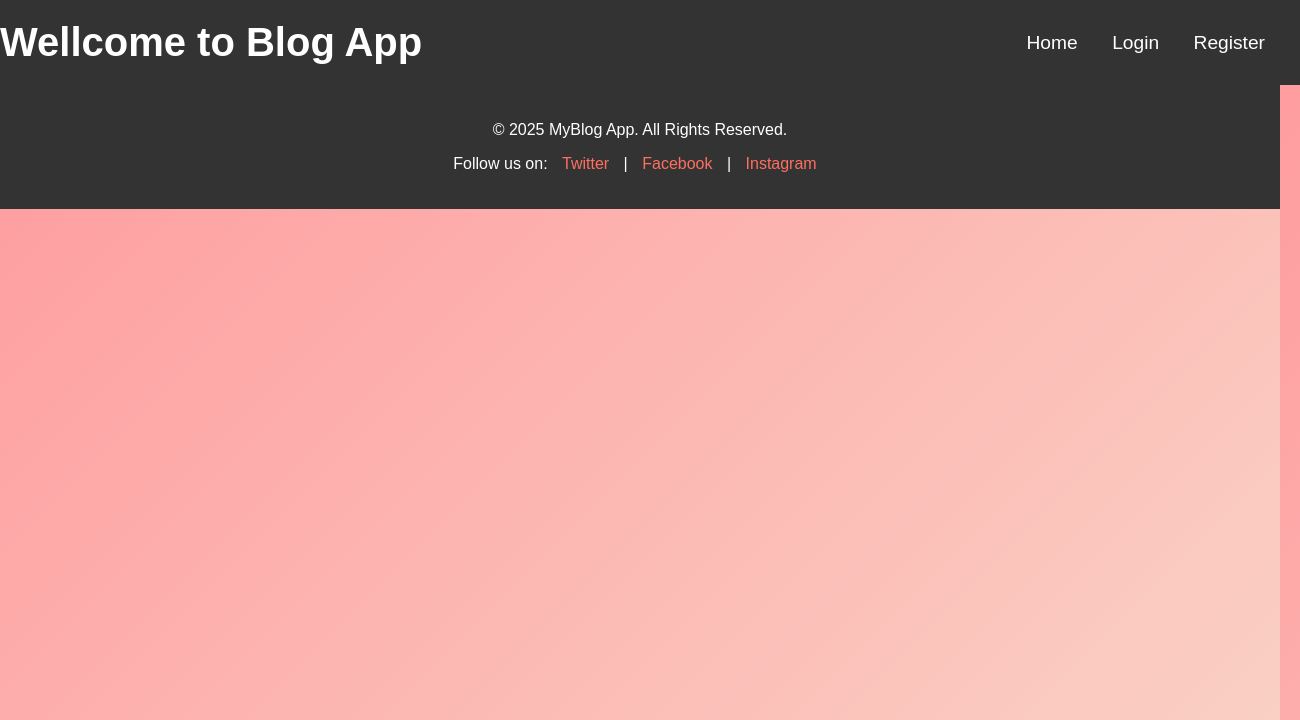
Repository: kapucuonur/blog_App
Page: posts/templates/posts/base.html
The author's editor kept a copy of each file at every save. The page is drawn from the files as they stood at one save, then again after the next save.
The browser window is 1280 px wide. The page is 1300 px wide, so the pictures cover 1300 px, including what lies to the right of the window. The pictures show the whole page.
The template is drawn by Django 4.2. The application's start-up code is not run. Other server files are loaded and not shown. The template is opened directly, without the code that normally fills it, so the values that code supplies are empty.

Above is the page before, as saved 2025-01-28 13:32:07.

### posts/templates/posts/base.html
{% load static %}
<!DOCTYPE html>
<html lang="en">
<head>
    <meta charset="UTF-8">
    <meta name="viewport" content="width=device-width, initial-scale=1.0">
    <title>Blog App</title>
    <link rel="stylesheet" href="{% static 'css/styles.css' %}">
</head>
<body>
    <header>
        <h1> Wellcome to Blog App</h1>
        <nav>
            <a href="{% url 'index' %}">Home</a>
            {% if user.is_authenticated %}
                <a href="{% url 'logout' %}">Logout</a>
            {% else %}
                <a href="{% url 'login' %}">Login</a>
                <a href="{% url 'register' %}">Register</a>
            {% endif %}
        </nav>
    </header>


    <main>
        {% block content %}
        {% endblock %}
    </main>
</body>
<footer>
    <p>&copy; 2025 MyBlog App. All Rights Reserved.</p>
    <p>Follow us on:
        <a href="https://twitter.com" target="_blank">Twitter</a> |
        <a href="https://facebook.com" target="_blank">Facebook</a> |
        <a href="https://instagram.com" target="_blank">Instagram</a>
    </p>
</footer>
</html>

### static/css/styles.css
/* General styling */
body {
    font-family: Arial, sans-serif;
    margin: 0;
    padding: 0;
    display: flex;
    flex-direction: column;
    align-items: center;
    justify-content: flex-start;
    height: 100vh;
    background: linear-gradient(135deg, #ff9a9e, #fad0c4);
    animation: backgroundMove 5s infinite alternate;
    box-sizing: border-box;
}

@keyframes backgroundMove {
    from {
        background-position: 0% 50%;
    }
    to {
        background-position: 100% 50%;
    }
}

/* Header and Navigation */
header {
    width: 100%;
    background-color: #333;
    color: white;
    padding: 20px;
    display: flex;
    justify-content: space-between;
    align-items: center;
}

header h1 {
    margin: 0;
    font-size: 2.5rem;
}

nav a {
    color: white;
    margin: 0 15px;
    text-decoration: none;
    font-size: 1.2rem;
    transition: color 0.3s ease;
}

nav a:hover {
    color: #ff6f61;
}

/* Welcome message styling */
.welcome-message {
    text-align: center;
    margin-top: 30px;
    color: #444;
}

.welcome-message h2 {
    font-size: 2rem;
    color: #333;
}

.welcome-message p {
    font-size: 1.2rem;
    color: #555;
}

/* Posts container */
.posts-container {
    display: flex;
    justify-content: center;
    margin-top: 30px;
}

.posts {
    width: 70%;
    max-width: 800px;
}

.post {
    background-color: #fff;
    padding: 20px;
    margin-bottom: 20px;
    border-radius: 10px;
    box-shadow: 0 4px 15px rgba(0, 0, 0, 0.1);
}

.post h4 {
    margin: 0;
    font-size: 1.5rem;
    color: #333;
}

.post p {
    font-size: 1.2rem;
    color: #555;
}

.author {
    font-size: 1rem;
    color: #777;
    margin-top: 10px;
    font-style: italic;
}

/* Form styling */
form {
    background: #fff;
    padding: 30px;
    border-radius: 10px;
    box-shadow: 0 4px 15px rgba(0, 0, 0, 0.1);
    width: 300px;
    animation: slideDown 0.6s ease-in-out;
}

/* Heading inside the form */
form h2 {
    margin-bottom: 20px;
    color: #444;
    text-align: center;
    animation: fadeIn 1s ease-in-out;
}

/* Input styling */
form input {
    width: 100%;
    padding: 12px;
    margin-bottom: 20px;
    border: 1px solid #ccc;
    border-radius: 5px;
    font-size: 16px;
    box-shadow: inset 0 2px 5px rgba(0, 0, 0, 0.1);
    transition: border-color 0.3s ease, box-shadow 0.3s ease;
}

form input:focus {
    border-color: #ff6f61;
    box-shadow: 0 0 8px rgba(255, 111, 97, 0.5);
    outline: none;
}

/* Button styling */
form button {
    width: 100%;
    padding: 12px;
    background: #ff6f61;
    color: white;
    border: none;
    border-radius: 5px;
    font-size: 16px;
    font-weight: bold;
    cursor: pointer;
    transition: background 0.3s ease, transform 0.2s ease;
}

form button:hover {
    background: #e64c3c;
    transform: translateY(-2px);
}

/* Link styling */
form a {
    display: block;
    text-align: center;
    margin-top: 15px;
    text-decoration: none;
    color: #555;
    font-size: 14px;
    transition: color 0.3s ease;
}

form a:hover {
    color: #ff6f61;
}

/* Animations */
@keyframes slideDown {
    from {
        opacity: 0;
        transform: translateY(-20px);
    }
    to {
        opacity: 1;
        transform: translateY(0);
    }
}

@keyframes fadeIn {
    from {
        opacity: 0;
    }
    to {
        opacity: 1;
    }
}
/* Footer styling */
footer {
    width: 100%;
    background-color: #333;
    color: white;
    padding: 20px 0;
    text-align: center;
    font-size: 1rem;
    position: relative;
    bottom: 0;
    left: 0;
}

/* Footer links styling */
footer a {
    color: #ff6f61;
    text-decoration: none;
    margin: 0 10px;
    transition: color 0.3s ease;
}

/* Footer links hover effect */
footer a:hover {
    color: white;
}

After the next save:
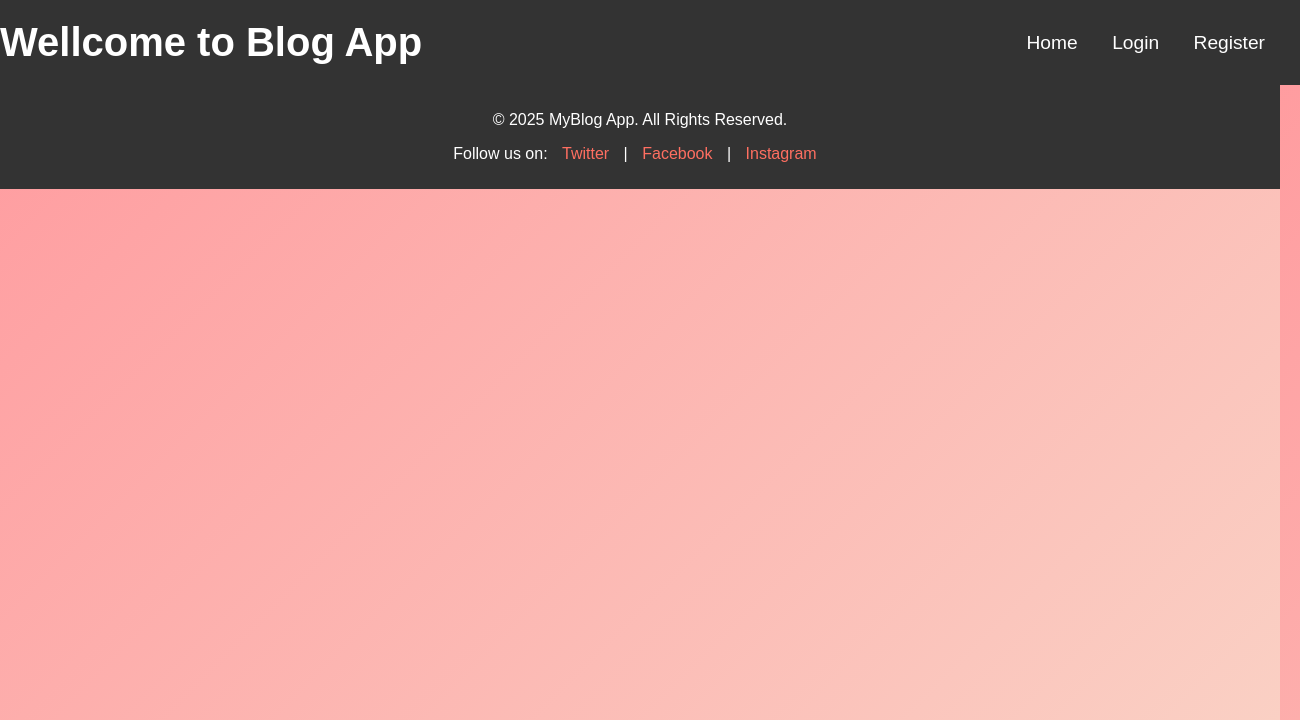
Saved 40 s later.
--- a/static/css/styles.css
+++ b/static/css/styles.css
@@ -200,7 +200,7 @@ footer {
     width: 100%;
     background-color: #333;
     color: white;
-    padding: 20px 0;
+    padding: 10px 0;
     text-align: center;
     font-size: 1rem;
     position: relative;
